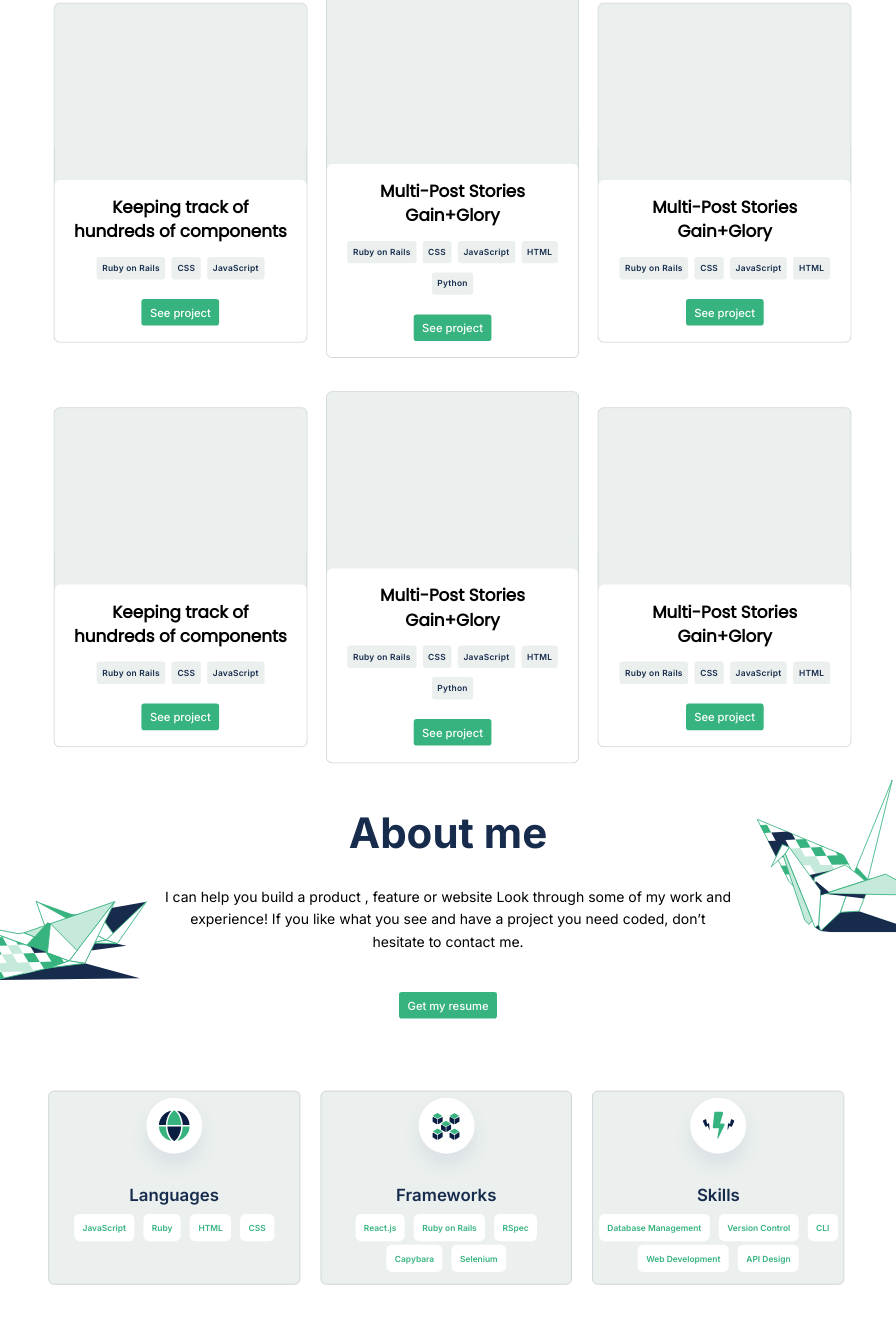
Repository: Salimer/old-Portfolio
Page: index.html
An editor plug-in stored every save of this project. The page is shown before and after a run of saves, followed by the edit.
The browser window is 1280 px wide. The pictures show the part of the page from y = 1243 to 3163 px (the page is 3881 px tall), at 70% of full size.

Above is the page before, as saved 2023-04-12 02:10:16.

After the next 2 saves:
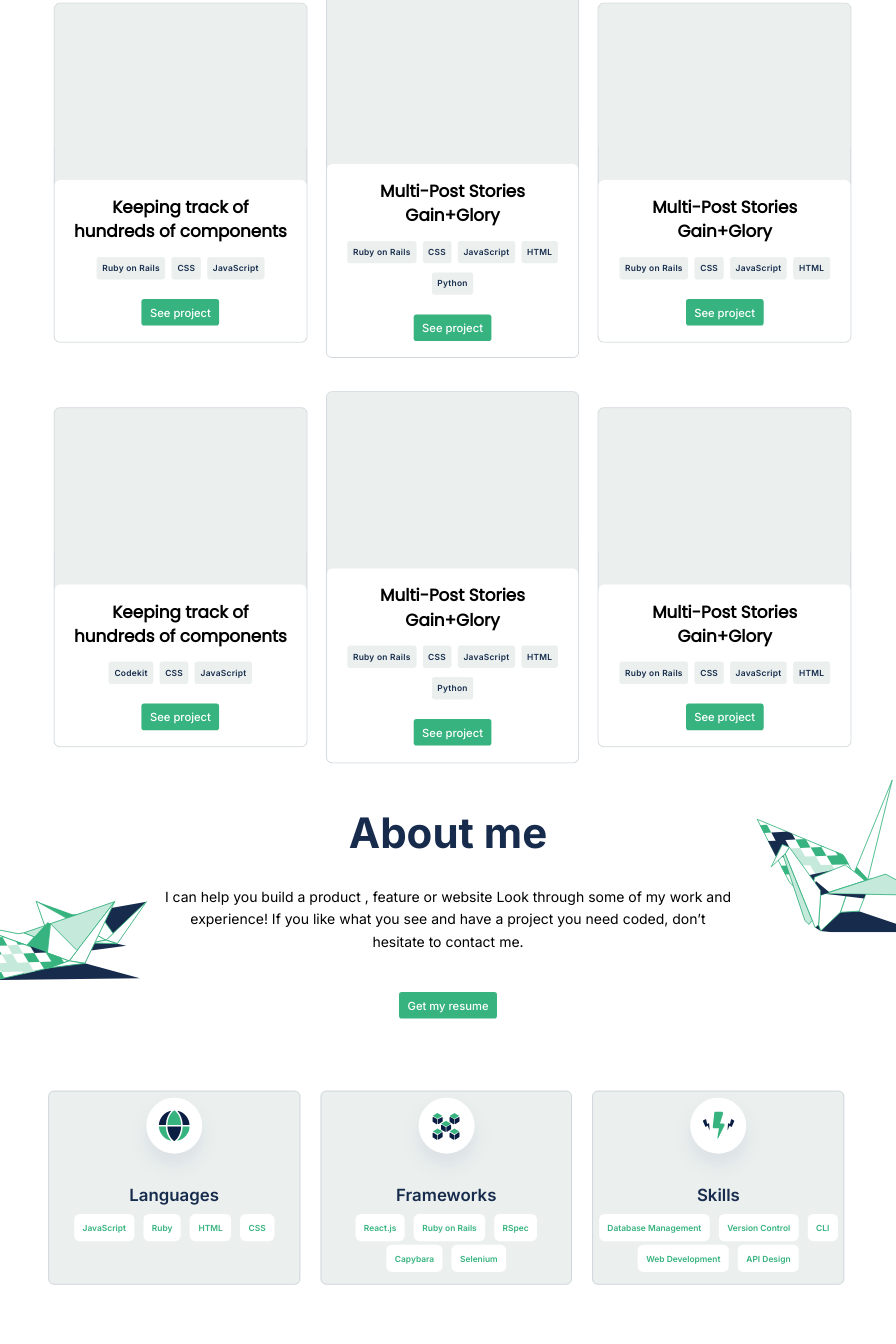
The 2 saves are shown as one change because they came seconds apart.
The last was saved 60 s later.
--- a/chatgpt.js
+++ b/chatgpt.js
@@ -26,7 +26,7 @@ const projects = [
       {
         featuredImage: "Assets/detailTop.svg",
         name: "Keeping track of<br>hundreds of components",
-        technologies: ['Ruby on Rails', 'CSS', 'JavaScript'],
+        technologies: ['Codekit', 'CSS', 'JavaScript'],
         description: "Lorem Ipsum is simply dummy text of the printing and typesetting industry. Lorem Ipsum has been the industry's standard dummy text ever since the 1500s, when an unknown printer took a galley of type and scrambled it 1960s.<br><br>Lorem Ipsum is simply dummy text of the printing and typesetting industry. Lorem Ipsum has been the industry's standard dummy text ever since the 1500s, when an unknown printer took a galley of type and scrambled it 1960s.",
         linkToLiveVersion: "https://youtu.be/dQw4w9WgXcQ",
         linkToSource: "https://youtu.be/dQw4w9WgXcQ"
